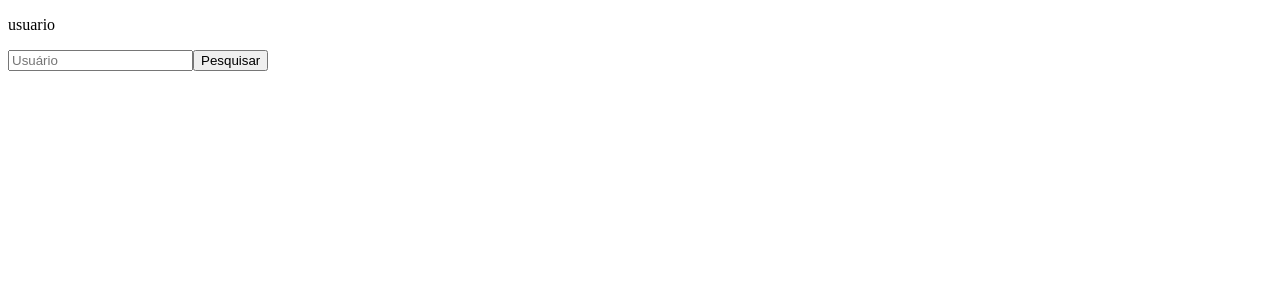
Repository: PauloMarquess/Solicita-o-repositorios-github
Page: /
The author's editor kept a copy of each file at every save. The page is drawn from the files as they stood at one save, then again after the next save.
The browser window is 1280 px wide. The pictures show the whole page.
The project was rebuilt for these pictures with package versions that can differ from the ones it lists, and the page was loaded fresh each time.

Above is the page before, as saved 2021-07-20 18:29:37.

### src/index.js
import React from 'react';
import ReactDOM from 'react-dom';

import App from './App';


ReactDOM.render(
    <App /> ,
  document.getElementById('root')
);

// If you want to start measuring performance in your app, pass a function
// to log results (for example: reportWebVitals(console.log))
// or send to an analytics endpoint. Learn more: https://bit.ly/CRA-vitals

### src/App.js
import React, {useState} from "react";

function App(props) {
  const [ usuario , setUsuario] = useState('');

  return (
    <>  <p>usuario</p>
       <input className ="usuarioInput" placeholder='Usuário' onChange={e =>setUsuario(e.target.value)} />
       <button type="button">Pesquisar</button>
    </>
  );
}

export default App;

Loaded but not shown: public/index.html (common file)

After the next save:
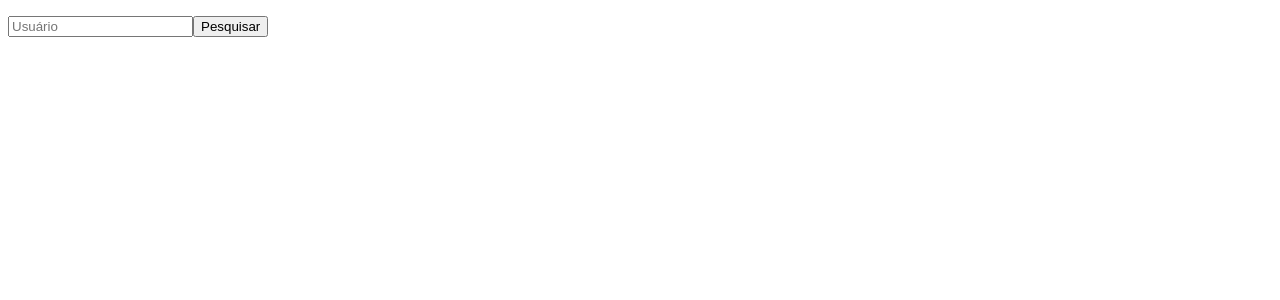
Saved 33 s later.
--- a/src/App.js
+++ b/src/App.js
@@ -4,7 +4,7 @@ function App(props) {
   const [ usuario , setUsuario] = useState('');
 
   return (
-    <>  <p>usuario</p>
+    <>  <p>{usuario}</p>
        <input className ="usuarioInput" placeholder='Usuário' onChange={e =>setUsuario(e.target.value)} />
        <button type="button">Pesquisar</button>
     </>
